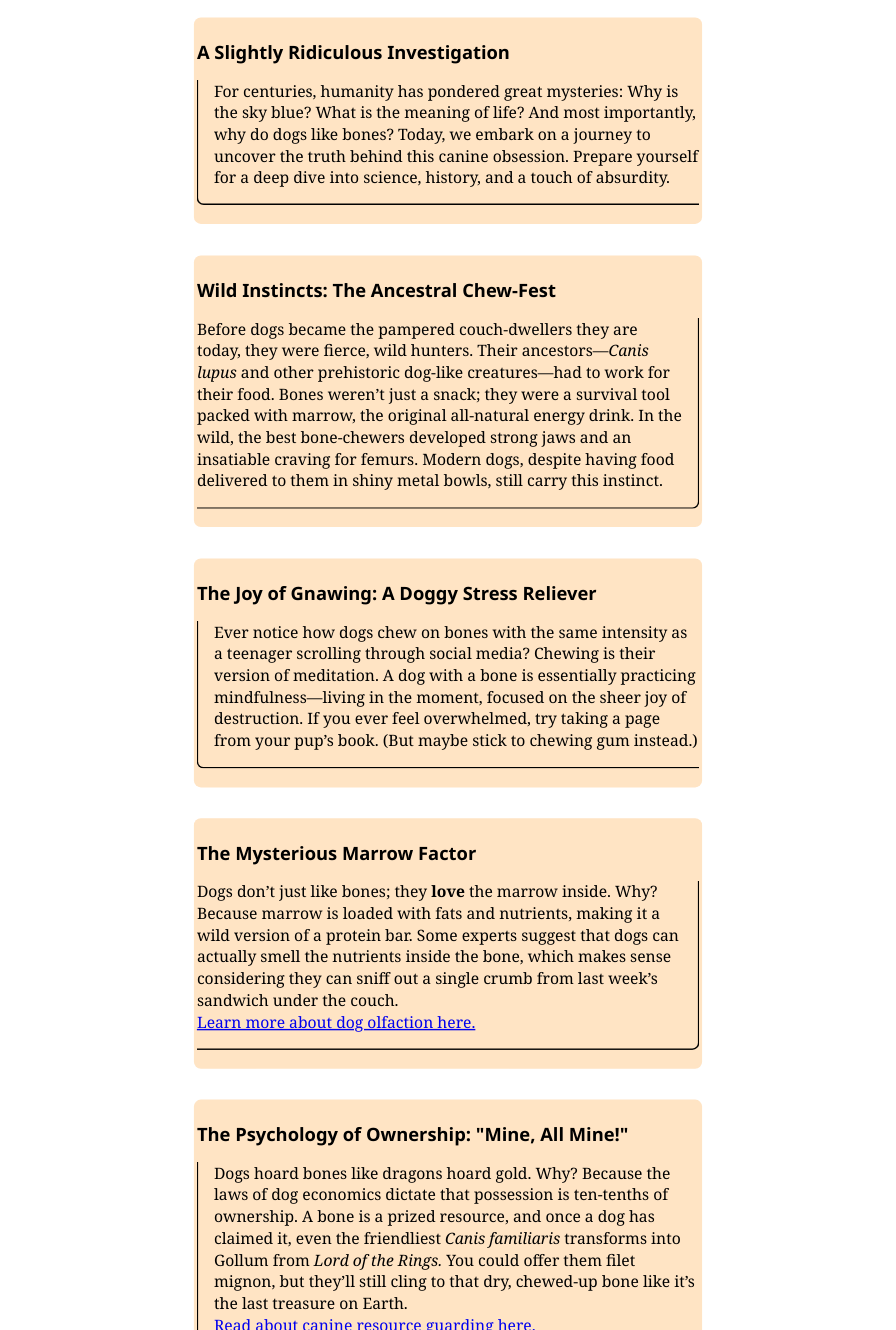
Repository: Leith-vdl/apprentice-challenge-1
Page: index.html
The author's editor kept a copy of each file at every save. The page is drawn from the files as they stood at one save, then again after the next save.
The browser window is 1280 px wide. The pictures show the part of the page from y = 97 to 1997 px (the page is 2911 px tall before and 2263 px after), at 70% of full size.
A picture or video elsewhere on the page could not be fetched, so the positions and the page height are approximate.

Above is the page before, as saved 2025-01-31 16:13:58.

After the next save:
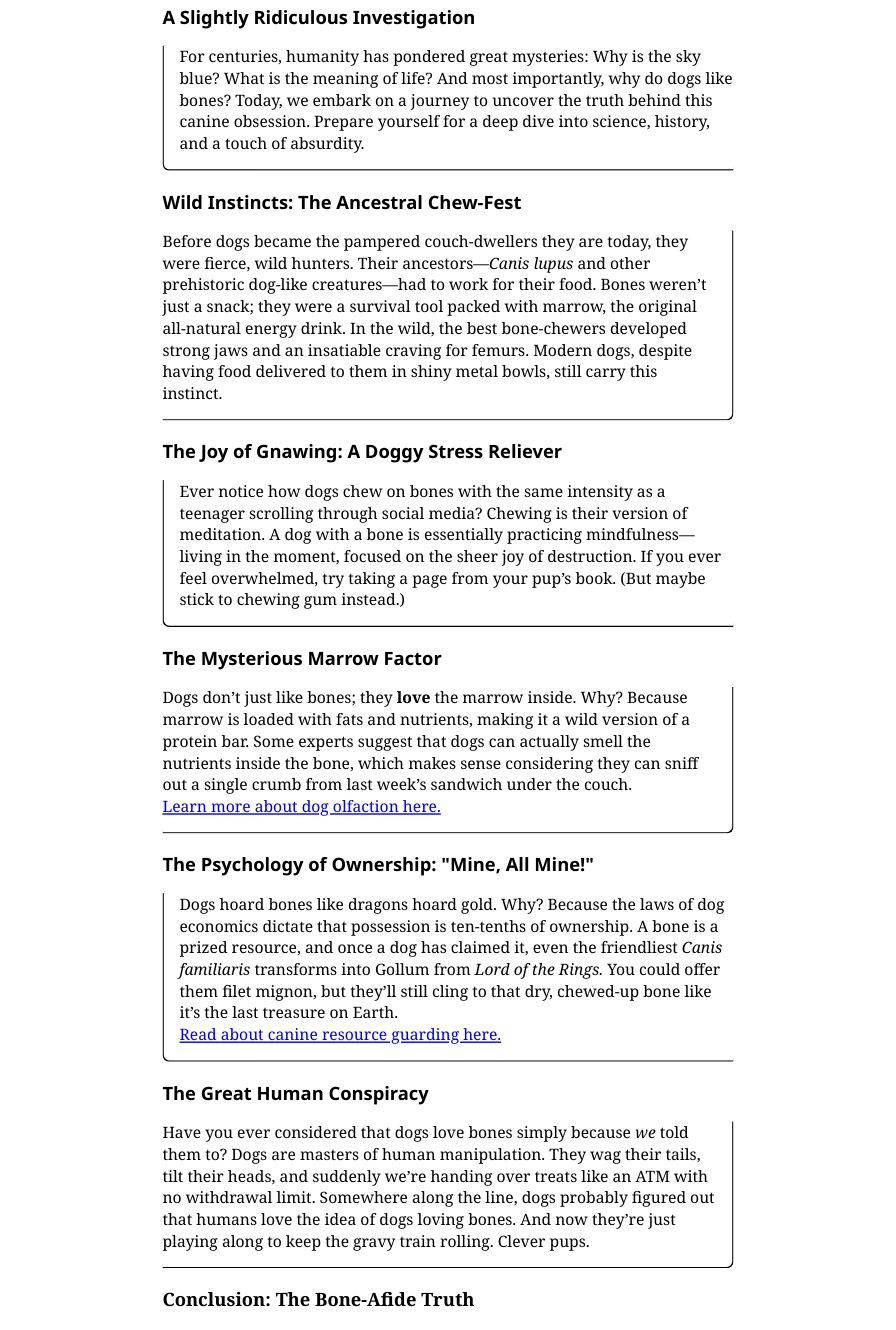
Saved 11 s later.
--- a/styles/styles.css
+++ b/styles/styles.css
@@ -24,13 +24,6 @@ h1.page-header-title, h3.section-title {
     margin-bottom: 0.2em;
 }
 
-section {
-    background-color: bisque;
-    margin: 2em;
-    border-radius: 10px;
-    padding: 0.2em;
-}
-
 p.section-main-text, p.section-main-text1 {
     border-bottom: 2px solid black;
     border-radius: 10px;
